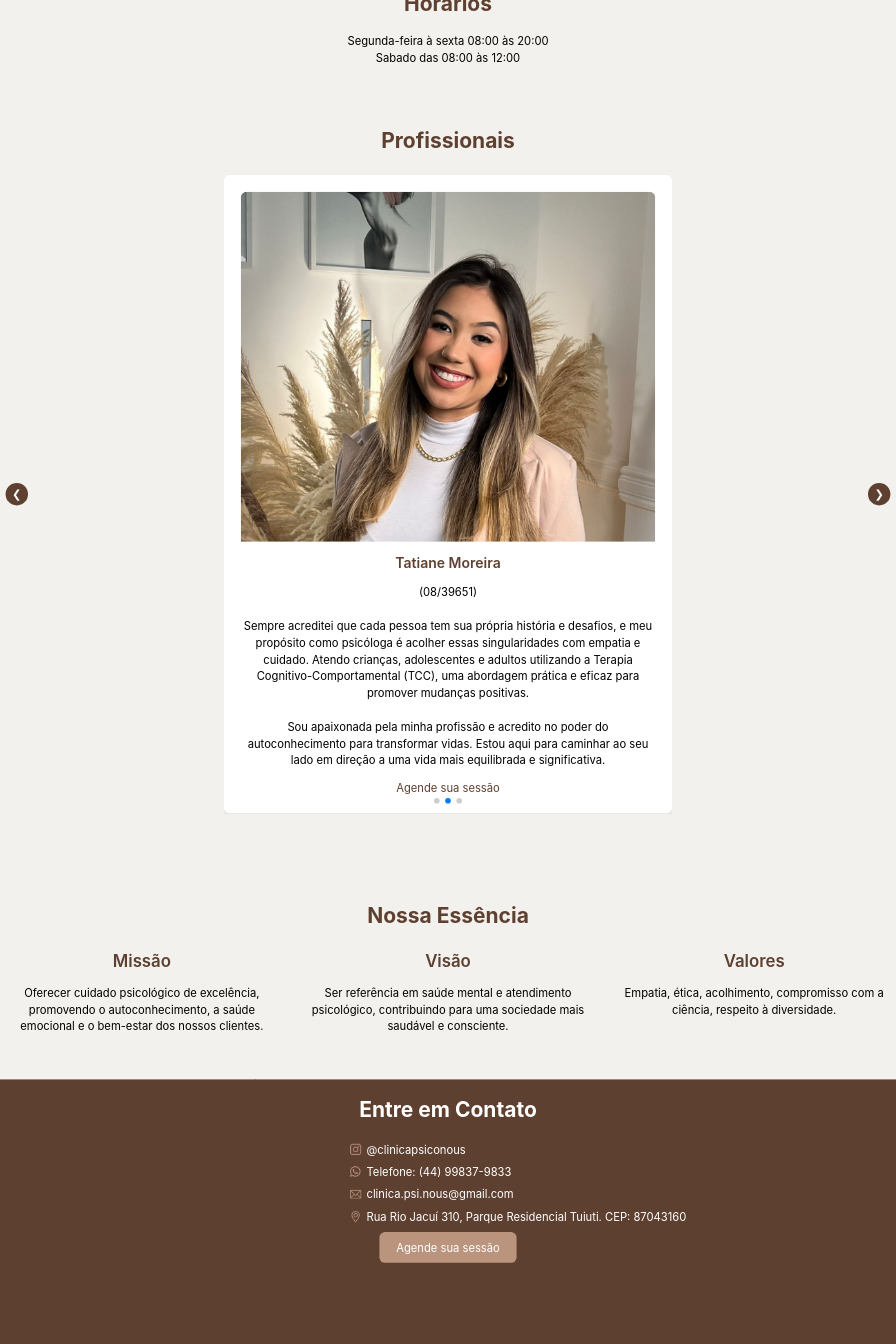
Repository: Mcervelheri/Nous
Page: /
The author's editor kept a copy of each file at every save. The page is drawn from the files as they stood at one save, then again after a run of saves.
The browser window is 1280 px wide. The pictures show the part of the page from y = 1310 to 3230 px (the page is 3342 px tall before and 3486 px after), at 70% of full size.
Pictures or frames that could not be fetched are drawn as grey boxes. The project was rebuilt for these pictures with package versions that can differ from the ones it lists, and the page was loaded fresh each time. Also part of the build but not shown: vite.config.js.

Above is the page before, as saved 2025-03-05 15:29:07.

After the next 2 saves:
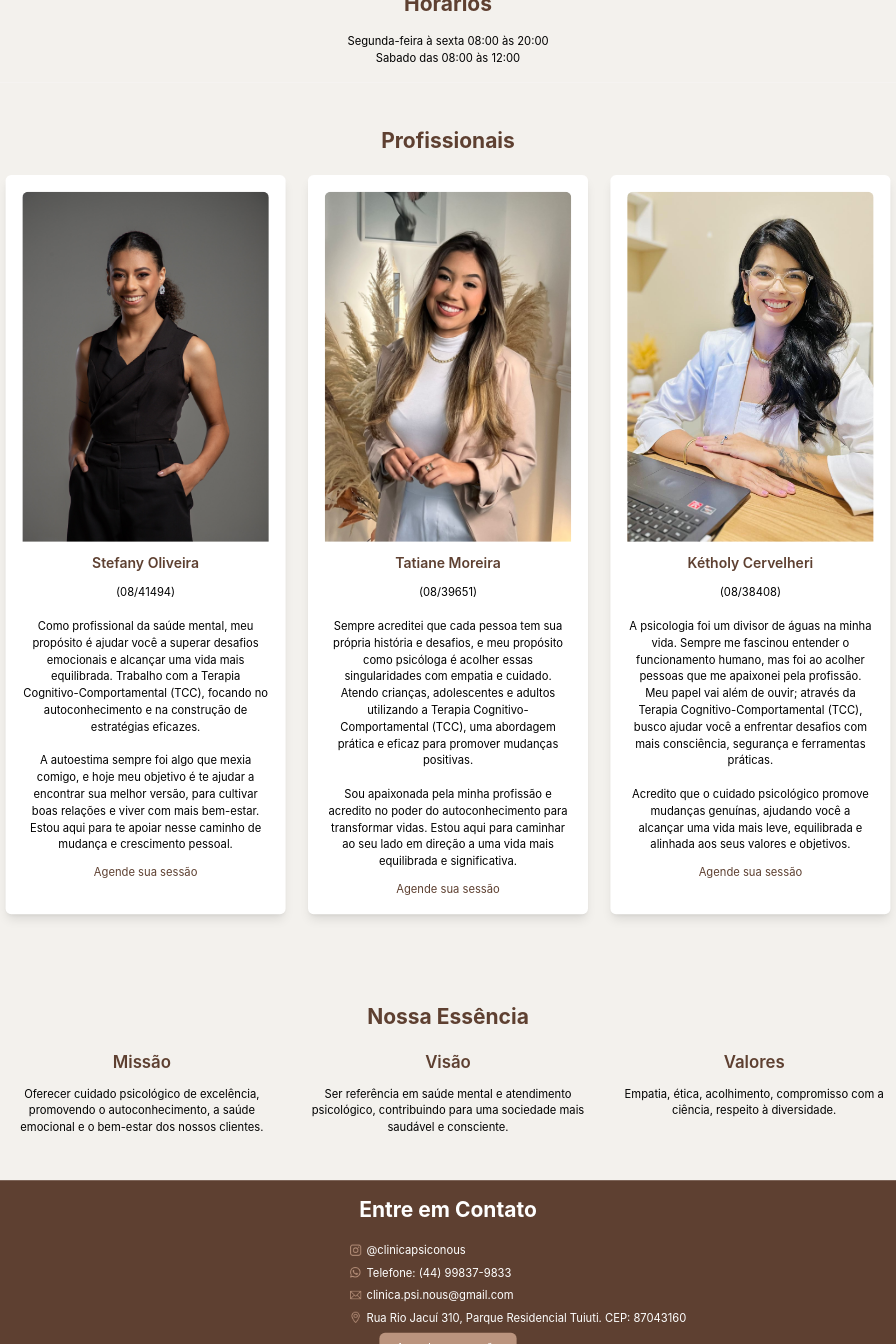
The 2 saves are shown as one change because 1 did not build or start.
The last was saved 95 s later.
--- a/src/components/ProfessionalsList.jsx
+++ b/src/components/ProfessionalsList.jsx
@@ -2,42 +2,49 @@ import React from "react";
 import Professional from "./Professional";
 import professionalsData from "./ProfessionalsData";
 
-// Import Swiper
 import { Swiper, SwiperSlide } from "swiper/react";
-import { Navigation, Pagination, Autoplay } from "swiper/modules";
+import { Autoplay, Navigation, Pagination } from "swiper/modules";
 
-// Import Swiper styles
 import "swiper/css";
 import "swiper/css/navigation";
 import "swiper/css/pagination";
 
 const ProfessionalsList = () => {
   return (
-    <div className="relative w-full flex justify-center items-center">
-      {/* Setas personalizadas FORA do Swiper */}
-      <button className="custom-prev absolute left-2 z-10 bg-[#5e4031] text-white w-8 h-8 flex items-center justify-center rounded-full transition-all duration-300 hover:bg-[#3c2a20]">
-        &#10094; {/* Código do ícone de seta para a esquerda */}
-      </button>
+    <div className="px-2">
+      <div className="hidden lg:grid lg:grid-cols-3 gap-8">
+        {professionalsData.map((professional, index) => (
+          <Professional key={index} {...professional} />
+        ))}
+      </div>
+      <div className="lg:hidden mx-8">
+        <div className="relative w-full flex justify-center items-center">
+          {/* Setas personalizadas FORA do Swiper */}
+          <button className="custom-prev absolute left-2 z-10 bg-[#5e4031] text-white w-8 h-8 flex items-center justify-center rounded-full transition-all duration-300 hover:bg-[#3c2a20]">
+            &#10094; {/* Código do ícone de seta para a esquerda */}
+          </button>
 
-      <Swiper
-        modules={[Navigation, Pagination, Autoplay]}
-        spaceBetween={16}
-        slidesPerView={1}
-        pagination={{ clickable: true }}
-        autoplay={{ delay: 3000, disableOnInteraction: true }}
-        navigation={{ prevEl: ".custom-prev", nextEl: ".custom-next" }}
-        className="w-[90%] sm:w-[70%] md:w-[60%] lg:w-[50%]"
-      >
-        {professionalsData.map((professional, index) => (
-          <SwiperSlide key={index} className="flex justify-center">
-            <Professional {...professional} />
-          </SwiperSlide>
-        ))}
-      </Swiper>
+          <Swiper
+            modules={[Navigation, Pagination, Autoplay]}
+            spaceBetween={16}
+            slidesPerView={1}
+            pagination={{ clickable: true }}
+            autoplay={{ delay: 3000, disableOnInteraction: true }}
+            navigation={{ prevEl: ".custom-prev", nextEl: ".custom-next" }}
+            className="w-[90%] sm:w-[70%] md:w-[60%] lg:w-[50%]"
+          >
+            {professionalsData.map((professional, index) => (
+              <SwiperSlide key={index} className="flex justify-center">
+                <Professional {...professional} />
+              </SwiperSlide>
+            ))}
+          </Swiper>
 
-      <button className="custom-next absolute right-2 z-10 bg-[#5e4031] text-white w-8 h-8 flex items-center justify-center rounded-full transition-all duration-300 hover:bg-[#3c2a20]">
-        &#10095; {/* Código do ícone de seta para a direita */}
-      </button>
+          <button className="custom-next absolute right-2 z-10 bg-[#5e4031] text-white w-8 h-8 flex items-center justify-center rounded-full transition-all duration-300 hover:bg-[#3c2a20]">
+            &#10095; {/* Código do ícone de seta para a direita */}
+          </button>
+        </div>
+      </div>
     </div>
   );
 };
